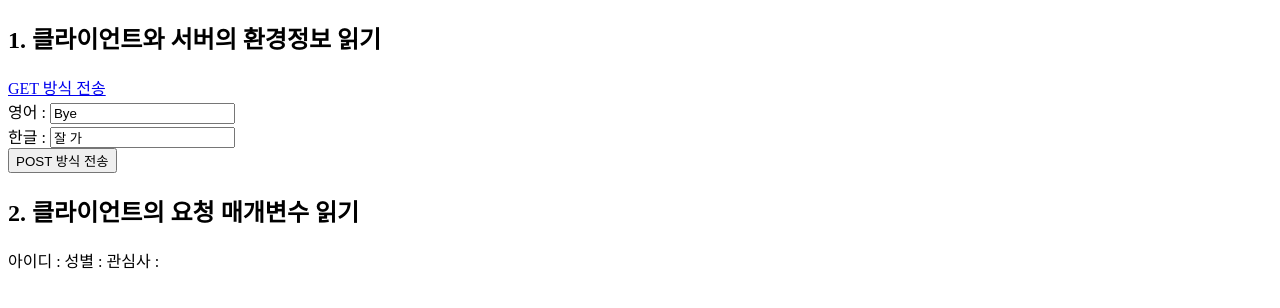
Repository: iamstudybox00/JSP_Servlet
Page: http://localhost/MustHaveJSP/02ImplicitObject/RequestMain.jsp
An editor plug-in stored every save of this project. The page is shown before and after the next save, followed by the edit.
The browser window is 1280 px wide. The pictures show the whole page.
The page is served by Tomcat 10.

Above is the page before, as saved 2025-05-02 05:49:31.

After the next save:
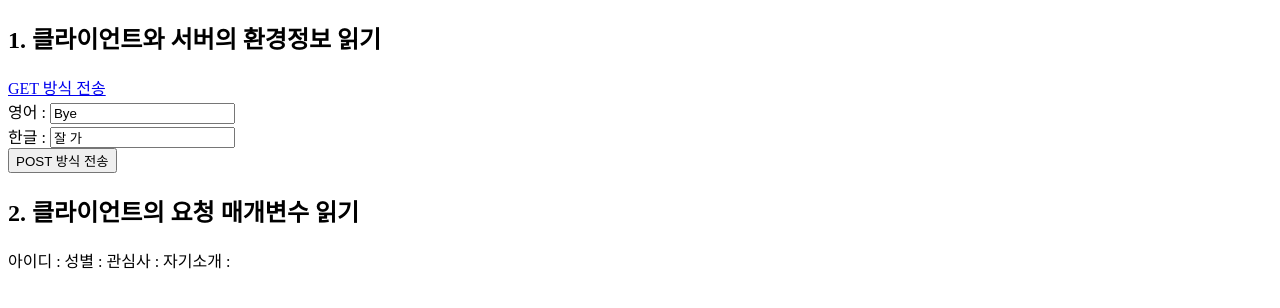
Saved 11 s later.
--- a/MustHaveJSP/src/main/webapp/02ImplicitObject/RequestMain.jsp
+++ b/MustHaveJSP/src/main/webapp/02ImplicitObject/RequestMain.jsp
@@ -23,6 +23,7 @@
 			아이디 :
 			성별 :
 			관심사 :
+			자기소개 :
 		</form>
 	</body>
 </html>
